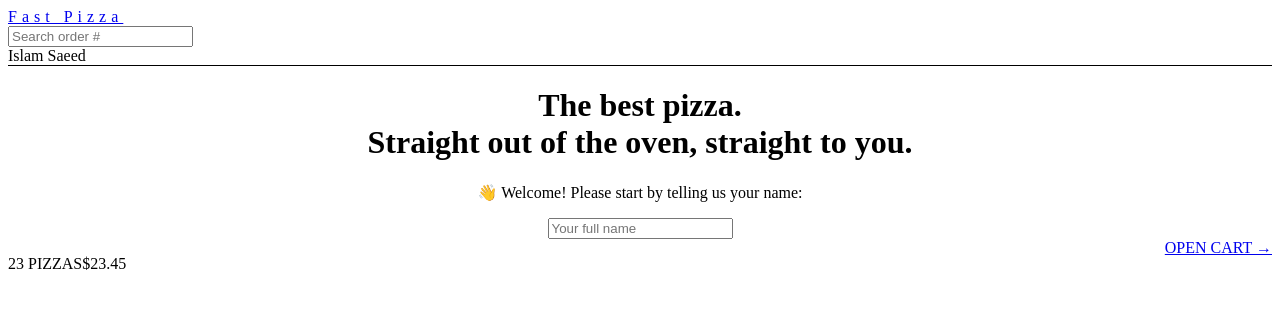
Repository: islamsaeedDev/ecommerce-cash-on-deliver-pizza-store
Page: /
These files come from the project's save history. The page is drawn as it stood at one moment and after the next save; the edit follows.
The browser window is 1280 px wide. The pictures show the whole page.
The project was rebuilt for these pictures with package versions that can differ from the ones it lists, and the page was loaded fresh each time. Also part of the build but not shown: vite.config.js, src/ui/Error.jsx, src/services/apiRestaurant.js, src/utils/helpers.js, src/features/menu/MenuItem.jsx, src/features/menu/Menu.jsx, src/features/cart/Cart.jsx, src/features/order/Order.jsx and 1 more. Imported but missing from the stored project, and not drawn on this page: src/features/order/CreateOrder.

Above is the page before, as saved 2025-10-22 11:04:38.

After the next save:
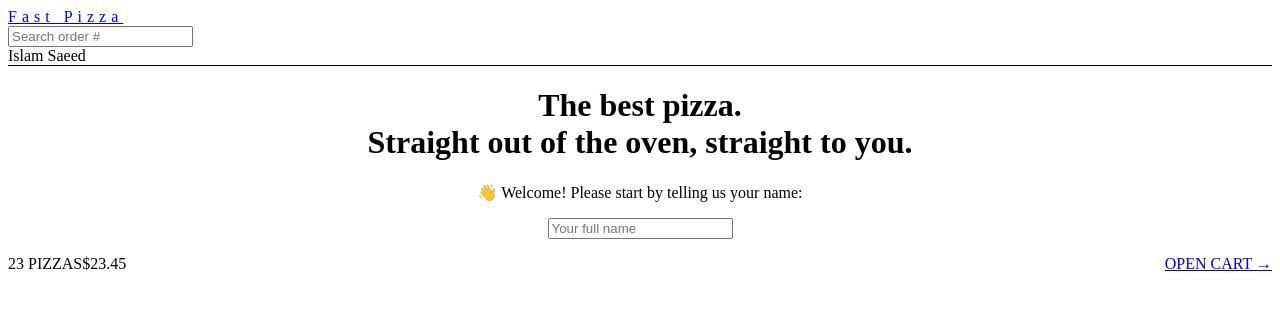
Saved 25 s later.
--- a/src/features/cart/CartOverview.jsx
+++ b/src/features/cart/CartOverview.jsx
@@ -2,7 +2,7 @@ import { Link } from 'react-router-dom';
 
 function CartOverview() {
   return (
-    <div className="flex justify-between bg-stone-800 p-4 px-4 text-sm uppercase text-stone-200 sm:px-6 md:text-base">
+    <div className="flex items-center justify-between bg-stone-800 p-4 px-4 text-sm uppercase text-stone-200 sm:px-6 md:text-base">
       <p className="space-x-4 font-semibold text-stone-300 sm:space-x-6">
         <span>23 pizzas</span>
         <span>$23.45</span>
